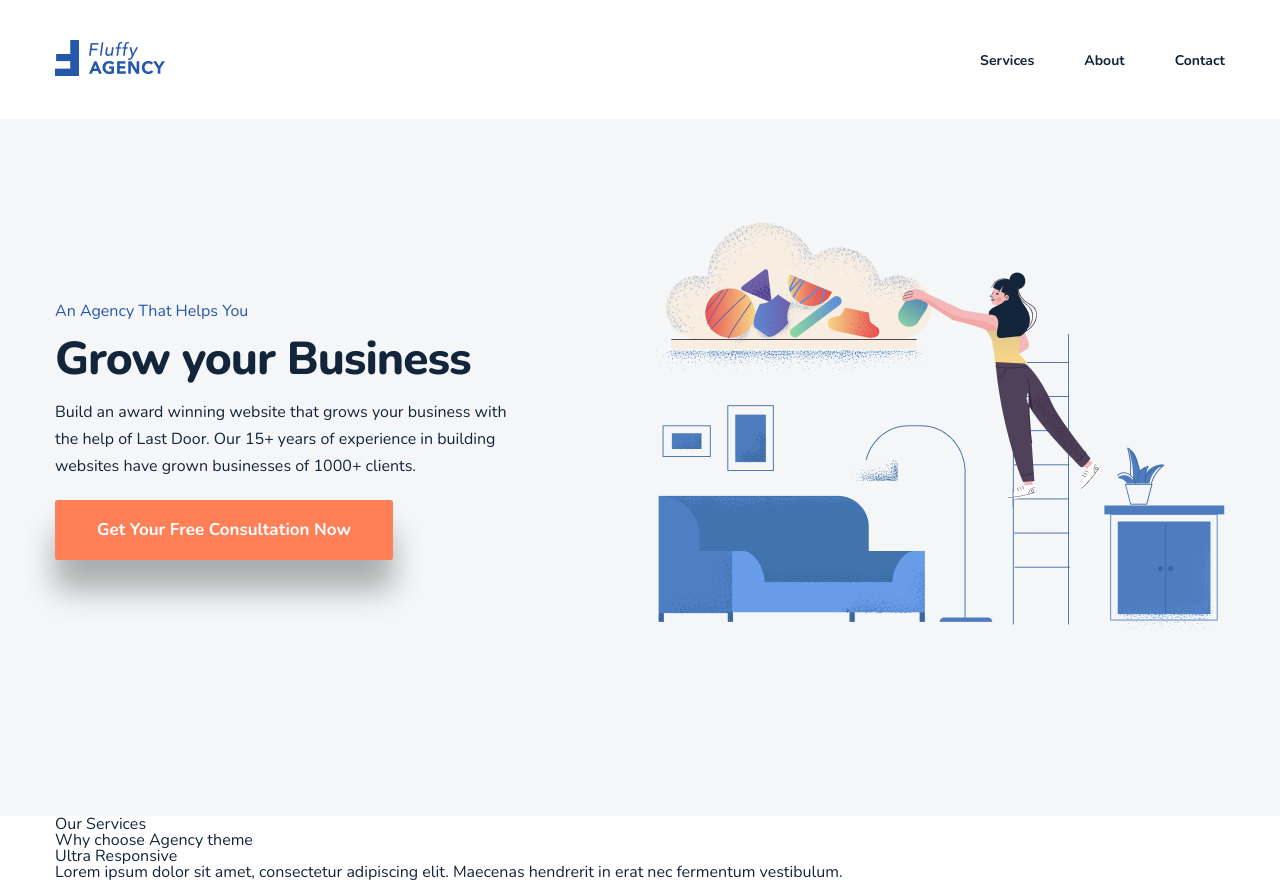
Repository: pixendrit/beetroot-fe-g1
Page: classwork/11 - Creating forms/fluffy-agency/index.html
The author's editor kept a copy of each file at every save. The page is drawn from the files as they stood at one save, then again after the next save.
The browser window is 1280 px wide. The pictures show the whole page.

Above is the page before, as saved 2021-02-06 12:14:19.

After the next save:
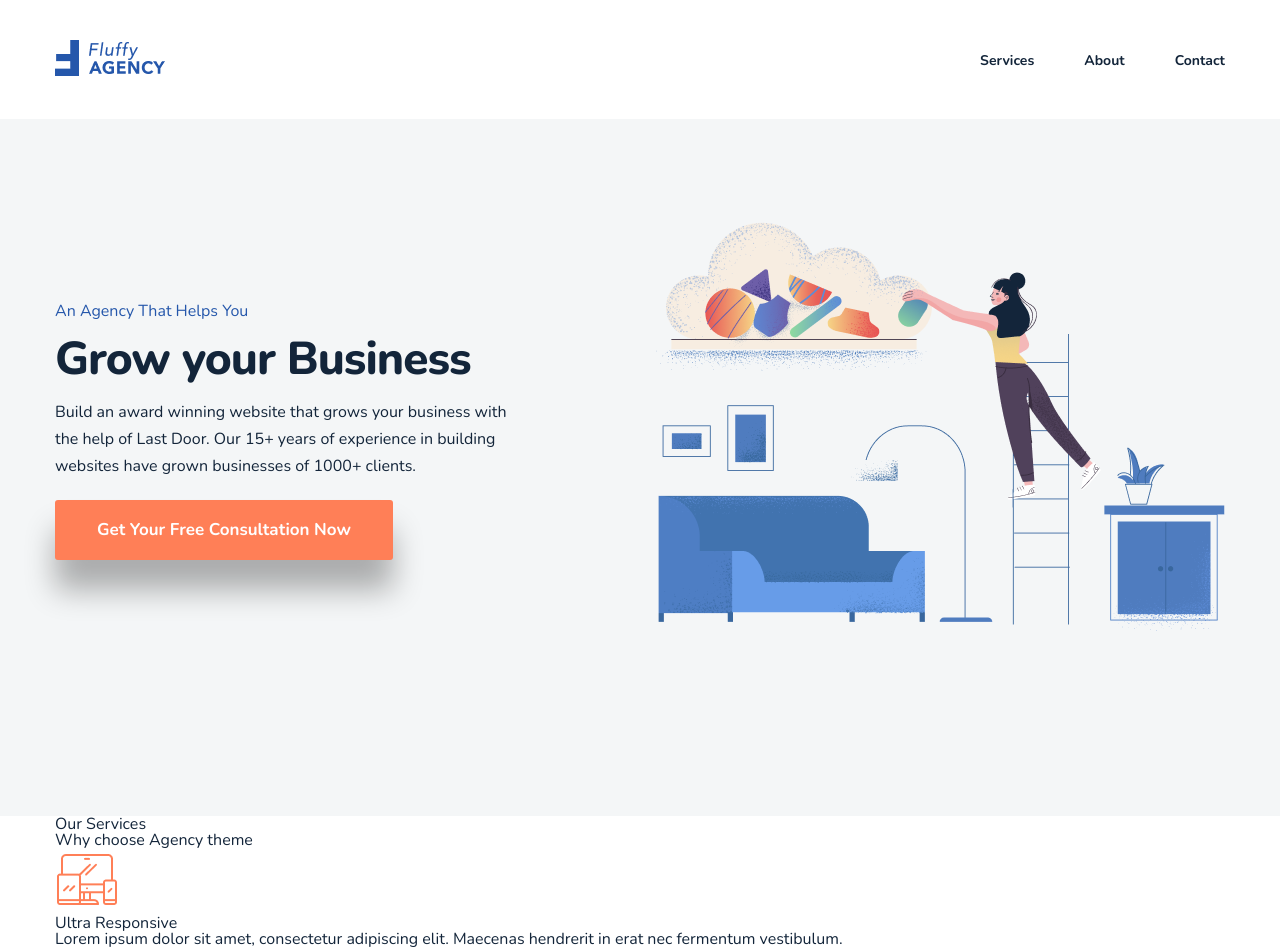
Saved 37 s later.
--- a/classwork/11 - Creating forms/fluffy-agency/index.html
+++ b/classwork/11 - Creating forms/fluffy-agency/index.html
@@ -49,6 +49,7 @@
         </div>
         <div class="service-box">
           <div class="service-box__icon">
+            <img src="./images/icon-ultra-responsive.png" alt="icon-ultra-responsive">
           </div>
           <div class="service-box__content">
             <h4>Ultra Responsive</h4>
